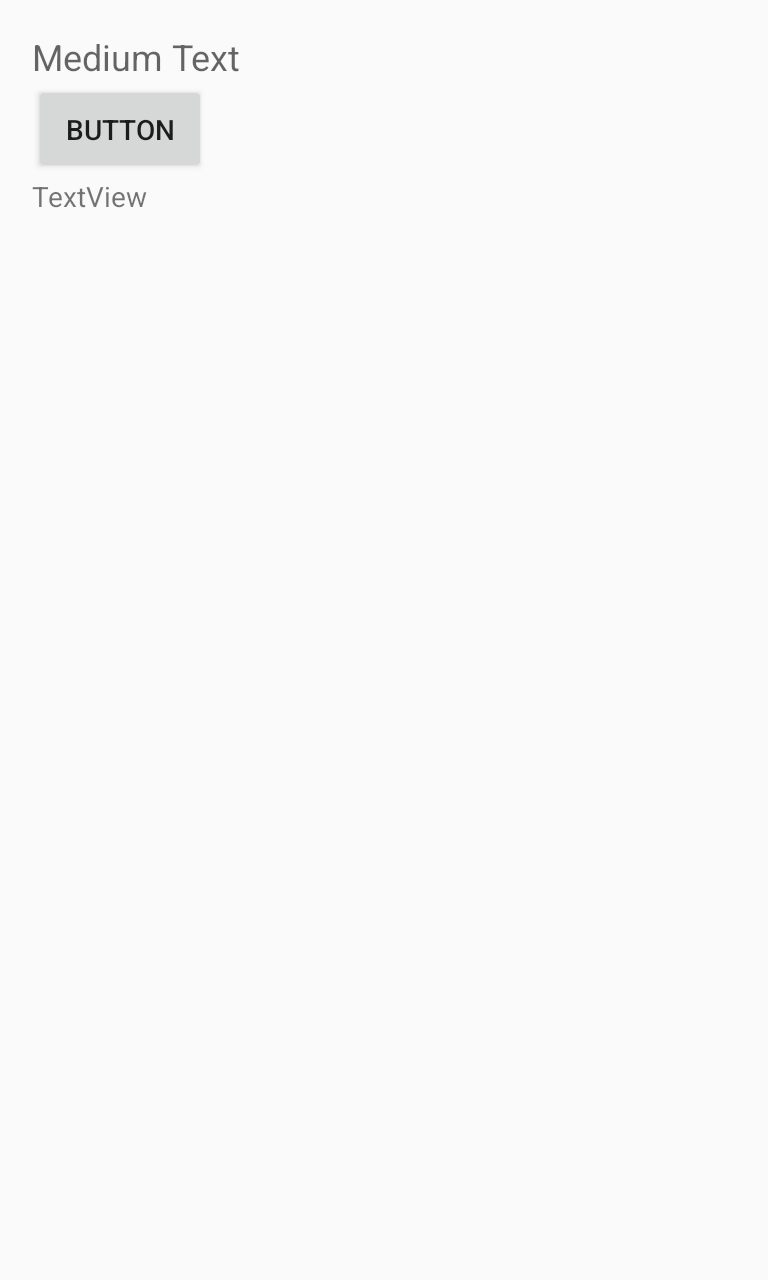
Repository: shivamgeek/Android-Code-Examples
Layout: fragment/res/layout/activity_main.xml
These files come from the project's save history. The layout is drawn as it stood at one moment and after the next save; the edit follows.
It is drawn on a 768 x 1280 px phone screen (xhdpi) without system bars, with theme AppTheme; the app's code is not run.

Above is the layout before, as saved 2015-08-05 09:27:04.

### fragment/res/layout/activity_main.xml
<LinearLayout xmlns:android="http://schemas.android.com/apk/res/android"
    xmlns:tools="http://schemas.android.com/tools"
    android:id="@+id/LinearLayout1"
    android:layout_width="match_parent"
    android:layout_height="150dp"
    android:orientation="vertical"
    android:paddingBottom="@dimen/activity_vertical_margin"
    android:paddingLeft="@dimen/activity_horizontal_margin"
    android:paddingRight="@dimen/activity_horizontal_margin"
    android:paddingTop="@dimen/activity_vertical_margin"
    tools:context="com.example.fragment.MainActivity" >

    <LinearLayout
        android:layout_width="match_parent"
        android:layout_height="130dp"
        android:orientation="vertical" >

        <TextView
            android:id="@+id/textView1"
            android:layout_width="wrap_content"
            android:layout_height="wrap_content"
            android:text="Medium Text"
            android:textAppearance="?android:attr/textAppearanceMedium" />

        <Button
            android:id="@+id/button1"
            android:layout_width="wrap_content"
            android:layout_height="wrap_content"
            android:text="Button" />

        <TextView
            android:id="@+id/textView2"
            android:layout_width="wrap_content"
            android:layout_height="wrap_content"
            android:text="TextView" />

    </LinearLayout>

    <LinearLayout
        android:layout_width="match_parent"
        android:layout_height="20dp"
        android:orientation="vertical" >
    </LinearLayout>

</LinearLayout>

Loaded but not shown: fragment/res/values/styles.xml (common file); fragment/res/values-v11/styles.xml (common file); fragment/res/values-v14/styles.xml (common file); fragment/res/values/dimens.xml (common file); fragment/res/values-w820dp/dimens.xml (common file)

After the next save:
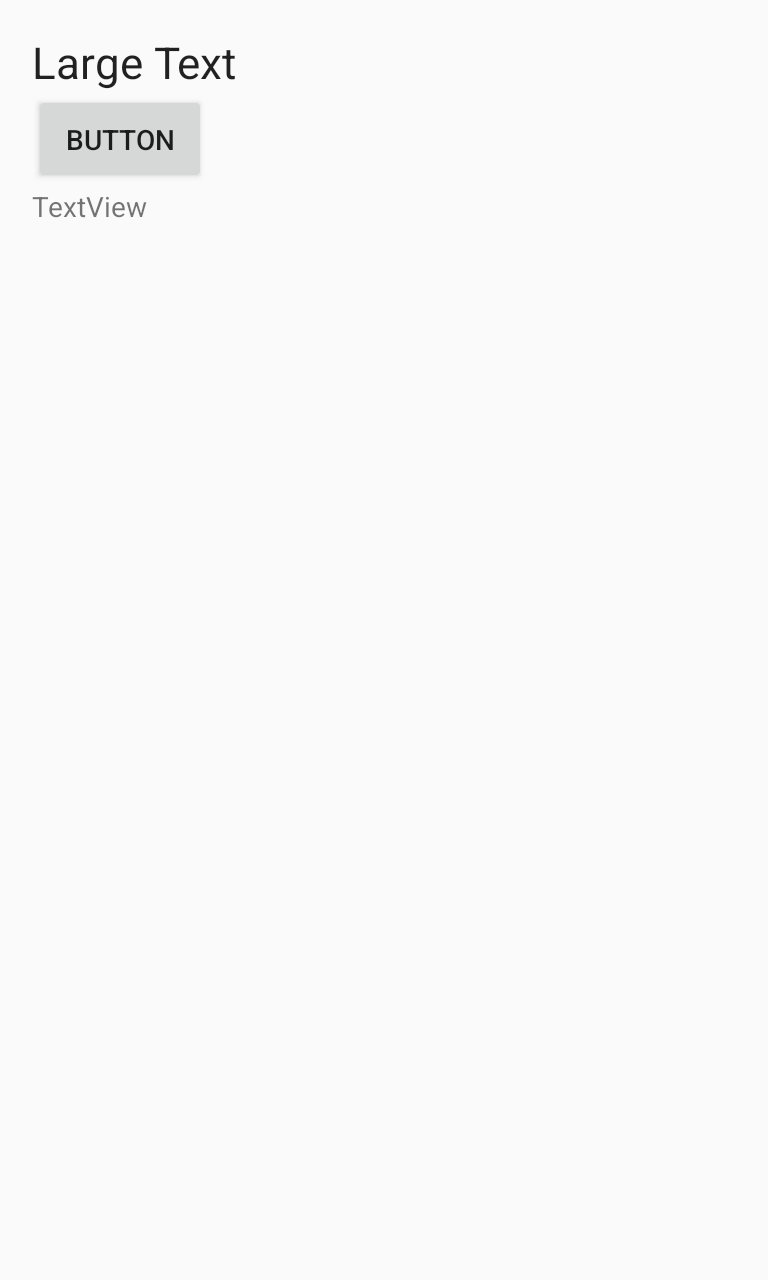
Saved 5 min 29 s later.
--- a/fragment/res/layout/activity_main.xml
+++ b/fragment/res/layout/activity_main.xml
@@ -10,36 +10,23 @@
     android:paddingTop="@dimen/activity_vertical_margin"
     tools:context="com.example.fragment.MainActivity" >
 
-    <LinearLayout
-        android:layout_width="match_parent"
-        android:layout_height="130dp"
-        android:orientation="vertical" >
+    <TextView
+        android:id="@+id/textView1"
+        android:layout_width="wrap_content"
+        android:layout_height="wrap_content"
+        android:text="Large Text"
+        android:textAppearance="?android:attr/textAppearanceLarge" />
 
-        <TextView
-            android:id="@+id/textView1"
-            android:layout_width="wrap_content"
-            android:layout_height="wrap_content"
-            android:text="Medium Text"
-            android:textAppearance="?android:attr/textAppearanceMedium" />
+    <Button
+        android:id="@+id/button1"
+        android:layout_width="wrap_content"
+        android:layout_height="wrap_content"
+        android:text="Button" />
 
-        <Button
-            android:id="@+id/button1"
-            android:layout_width="wrap_content"
-            android:layout_height="wrap_content"
-            android:text="Button" />
-
-        <TextView
-            android:id="@+id/textView2"
-            android:layout_width="wrap_content"
-            android:layout_height="wrap_content"
-            android:text="TextView" />
-
-    </LinearLayout>
-
-    <LinearLayout
-        android:layout_width="match_parent"
-        android:layout_height="20dp"
-        android:orientation="vertical" >
-    </LinearLayout>
+    <TextView
+        android:id="@+id/textView2"
+        android:layout_width="wrap_content"
+        android:layout_height="wrap_content"
+        android:text="TextView" />
 
 </LinearLayout>
